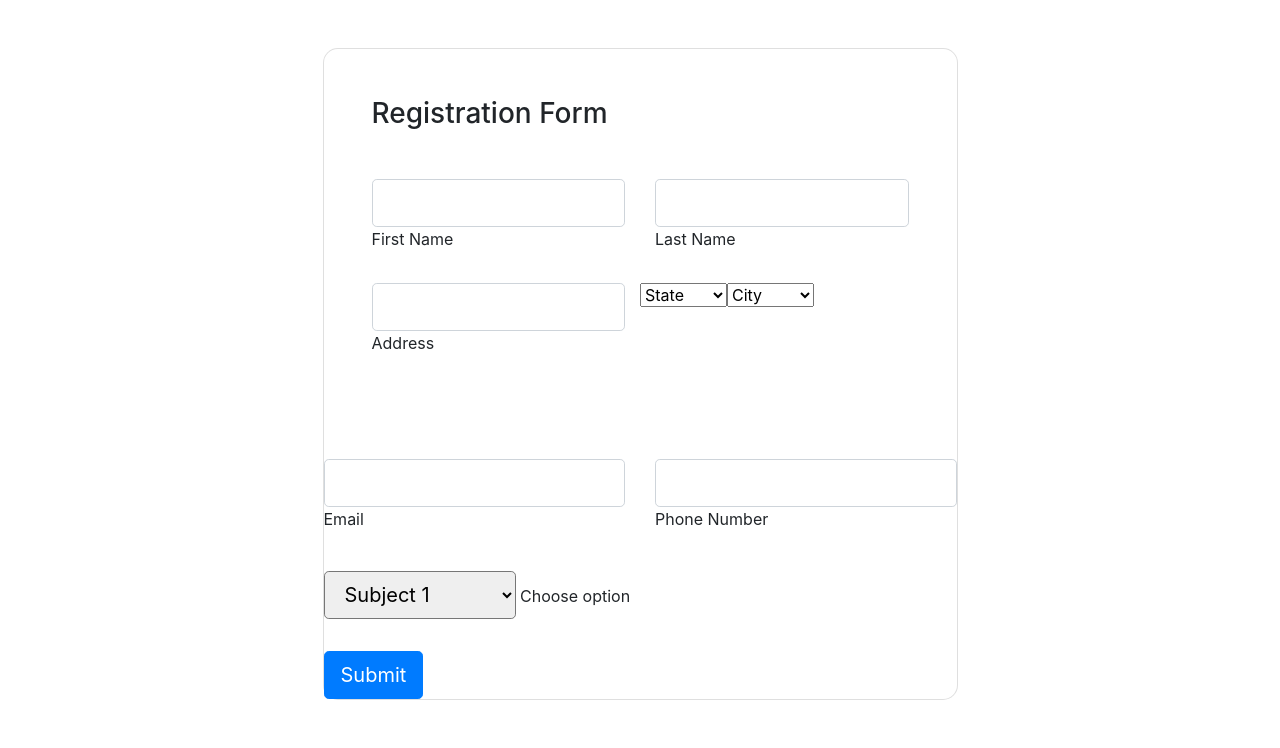
Repository: KeithKeithZ/libapp
Page: http://localhost/userRegister
An editor plug-in stored every save of this project. The page is shown before and after the next save, followed by the edit.
The browser window is 1280 px wide. The pictures show the whole page.
The page is served by the project's Laravel application, run on PHP 8.4 with Laravel 8. Other server files are loaded and not shown.

Above is the page before, as saved 2021-12-03 11:00:00.

### routes/web.php
<?php

use Illuminate\Support\Facades\Route;

/*
|--------------------------------------------------------------------------
| Web Routes
|--------------------------------------------------------------------------
|
| Here is where you can register web routes for your application. These
| routes are loaded by the RouteServiceProvider within a group which
| contains the "web" middleware group. Now create something great!
|
*/

Route::get('/', function () {
    return view('welcome');
});

Route::get('/Users', function () {
    return view('users');
});

Route::get('/userLogin', function () {
    return view('userSignIn');
});

Route::get('/userRegister', function () {
    return view('userRegister');
});

### resources/views/userRegister.blade.php
<!DOCTYPE html>
<html lang="{{ str_replace('_', '-', app()->getLocale()) }}">
    <head>
        <title>Bootstrap Example</title>
        <meta charset="utf-8">
        <meta name="viewport" content="width=device-width, initial-scale=1">
        <link rel="stylesheet" href="https://stackpath.bootstrapcdn.com/bootstrap/4.1.3/css/bootstrap.min.css" integrity="sha384-MCw98/SFnGE8fJT3GXwEOngsV7Zt27NXFoaoApmYm81iuXoPkFOJwJ8ERdknLPMO" crossorigin="anonymous">
        <script src="https://code.jquery.com/jquery-3.3.1.slim.min.js" integrity="sha384-q8i/X+965DzO0rT7abK41JStQIAqVgRVzpbzo5smXKp4YfRvH+8abtTE1Pi6jizo" crossorigin="anonymous"></script>
        <script src="https://cdnjs.cloudflare.com/ajax/libs/popper.js/1.14.3/umd/popper.min.js" integrity="sha384-ZMP7rVo3mIykV+2+9J3UJ46jBk0WLaUAdn689aCwoqbBJiSnjAK/l8WvCWPIPm49" crossorigin="anonymous"></script>
        <script src="https://stackpath.bootstrapcdn.com/bootstrap/4.1.3/js/bootstrap.min.js" integrity="sha384-ChfqqxuZUCnJSK3+MXmPNIyE6ZbWh2IMqE241rYiqJxyMiZ6OW/JmZQ5stwEULTy" crossorigin="anonymous"></script>
    </head>

    <section class="vh-100 gradient-custom">
        <div class="container py-5 h-100">
            <div class="row justify-content-center align-items-center h-100">
            <div class="col-12 col-lg-9 col-xl-7">
                <div class="card shadow-2-strong card-registration" style="border-radius: 15px;">
                <div class="card-body p-4 p-md-5">
                    <h3 class="mb-4 pb-2 pb-md-0 mb-md-5">Registration Form</h3>
                    <form>

                    <div class="row">
                        <div class="col-md-6 mb-4">

                        <div class="form-outline">
                            <input type="text" id="firstName" class="form-control form-control-lg" />
                            <label class="form-label" for="firstName">First Name</label>
                        </div>

                        </div>
                        <div class="col-md-6 mb-4">

                        <div class="form-outline">
                            <input type="text" id="lastName" class="form-control form-control-lg" />
                            <label class="form-label" for="lastName">Last Name</label>
                        </div>

                        </div>
                    </div>

                    <div class="row">
                        <div class="col-md-6 mb-4 d-flex align-items-center">

                        <div class="form-outline mb-4">
                            <input type="text" id="form3Example8" class="form-control form-control-lg" />
                            <label class="form-label" for="form3Example8">Address</label>
                        </div>

                        </div>
                        <div class="form-outline mb-4">

                        <select class="select">
                            <option value="1">State</option>
                            <option value="2">Option 1</option>
                            <option value="3">Option 2</option>
                            <option value="4">Option 3</option>
                        </select>

                        </div>

                        <div class="form-outline mb-4">

                            <select class="select">
                                <option value="1">City</option>
                                <option value="2">Option 1</option>
                                <option value="3">Option 2</option>
                                <option value="4">Option 3</option>
                            </select>
                        </div>

                        </div>
                    </div>

                    <div class="row">
                        <div class="col-md-6 mb-4 pb-2">

                        <div class="form-outline">
                            <input type="email" id="emailAddress" class="form-control form-control-lg" />
                            <label class="form-label" for="emailAddress">Email</label>
                        </div>

                        </div>
                        <div class="col-md-6 mb-4 pb-2">

                        <div class="form-outline">
                            <input type="tel" id="phoneNumber" class="form-control form-control-lg" />
                            <label class="form-label" for="phoneNumber">Phone Number</label>
                        </div>

                        </div>
                    </div>

                    <div class="row">
                        <div class="col-12">

                        <select class="select form-control-lg">
                            <option value="1" disabled>Choose option</option>
                            <option value="2">Subject 1</option>
                            <option value="3">Subject 2</option>
                            <option value="4">Subject 3</option>
                        </select>
                        <label class="form-label select-label">Choose option</label>

                        </div>
                    </div>

                    <div class="mt-4 pt-2">
                        <input class="btn btn-primary btn-lg" type="submit" value="Submit" />
                    </div>

                    </form>
                </div>
                </div>
            </div>
            </div>
        </div>
    </section>

</html>

After the next save:
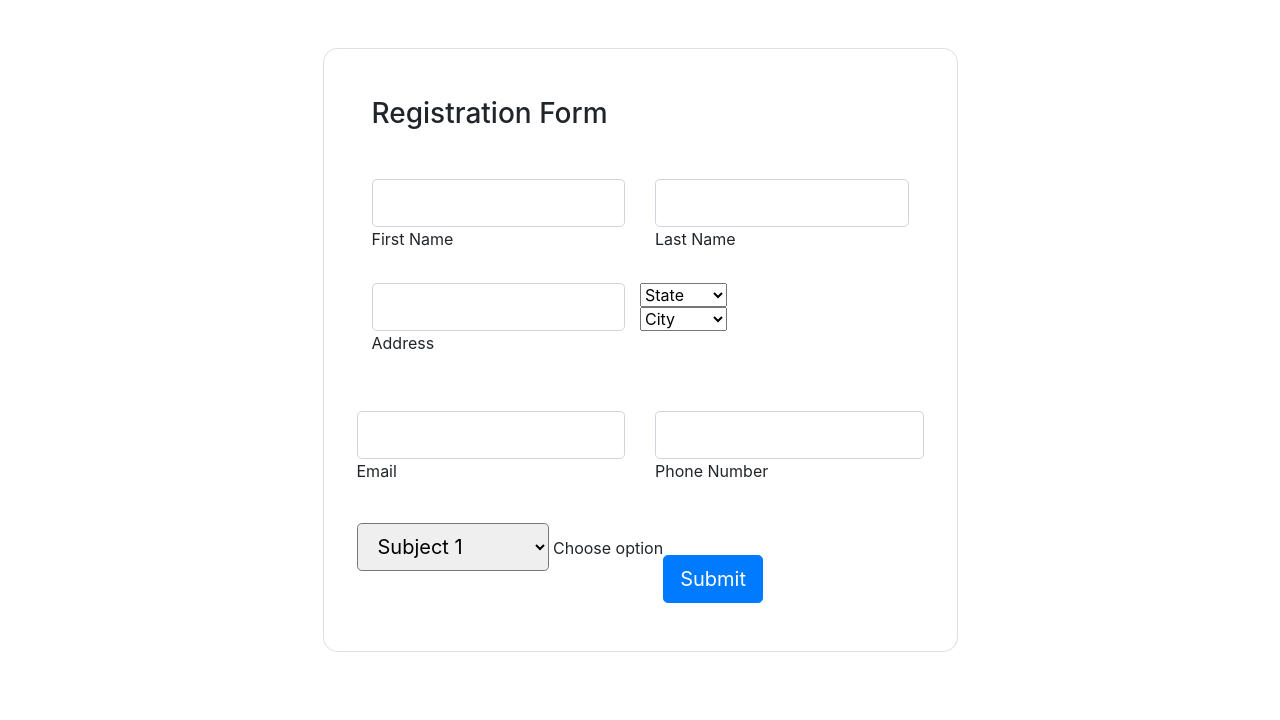
Saved 53 s later.
--- a/resources/views/userRegister.blade.php
+++ b/resources/views/userRegister.blade.php
@@ -47,16 +47,19 @@
                         </div>
 
                         </div>
-                        <div class="form-outline mb-4">
 
-                        <select class="select">
-                            <option value="1">State</option>
-                            <option value="2">Option 1</option>
-                            <option value="3">Option 2</option>
-                            <option value="4">Option 3</option>
-                        </select>
+                        <div class="row">
+                        <div class="col-md-6 mb-4 pb-2">
 
-                        </div>
+                            <div class="form-outline">
+                                <select>
+                                    <option value="1">State</option>
+                                    <option value="2">Option 1</option>
+                                    <option value="3">Option 2</option>
+                                    <option value="4">Option 3</option>
+                                </select>
+
+                            </div>
 
                         <div class="form-outline mb-4">
 
